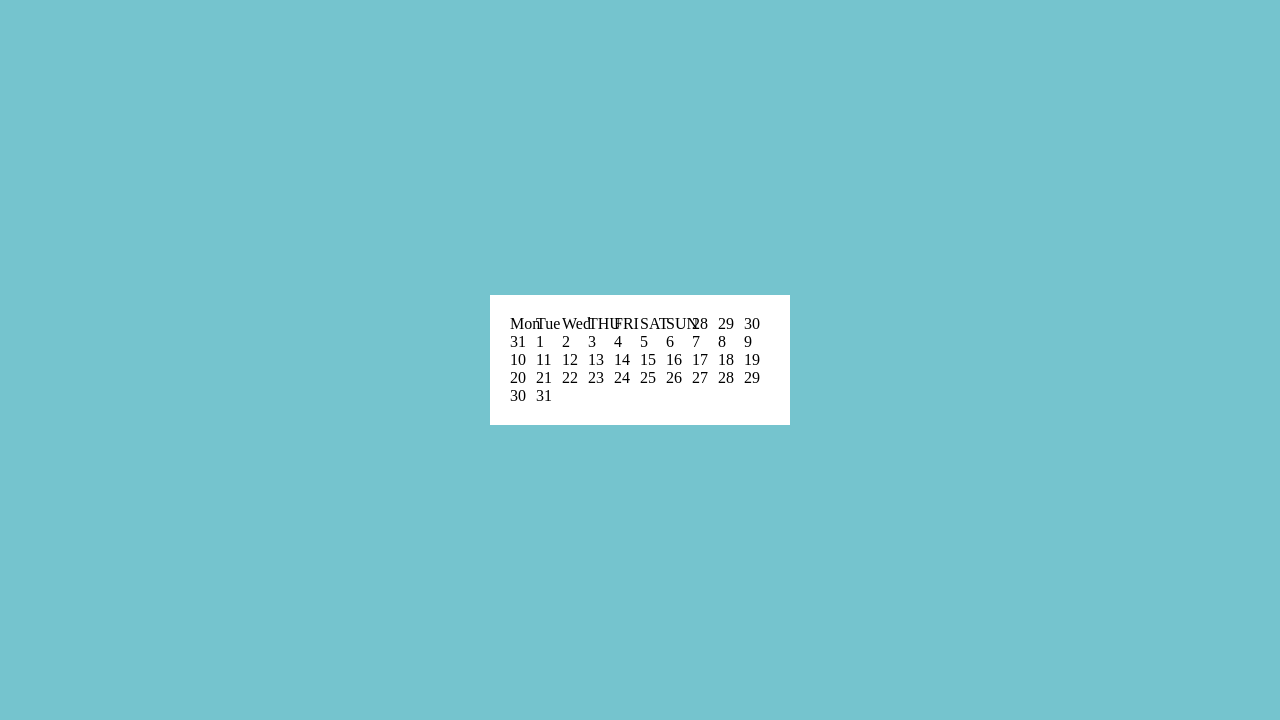
Repository: KYUUBI-K/HTML
Page: За 1 курс/Лаб 4/calendar.html
The author's editor kept a copy of each file at every save. The page is drawn from the files as they stood at one save, then again after the next save.
The browser window is 1280 px wide. The pictures show the whole page.

Above is the page before, as saved 2021-03-30 13:14:36.

After the next save:
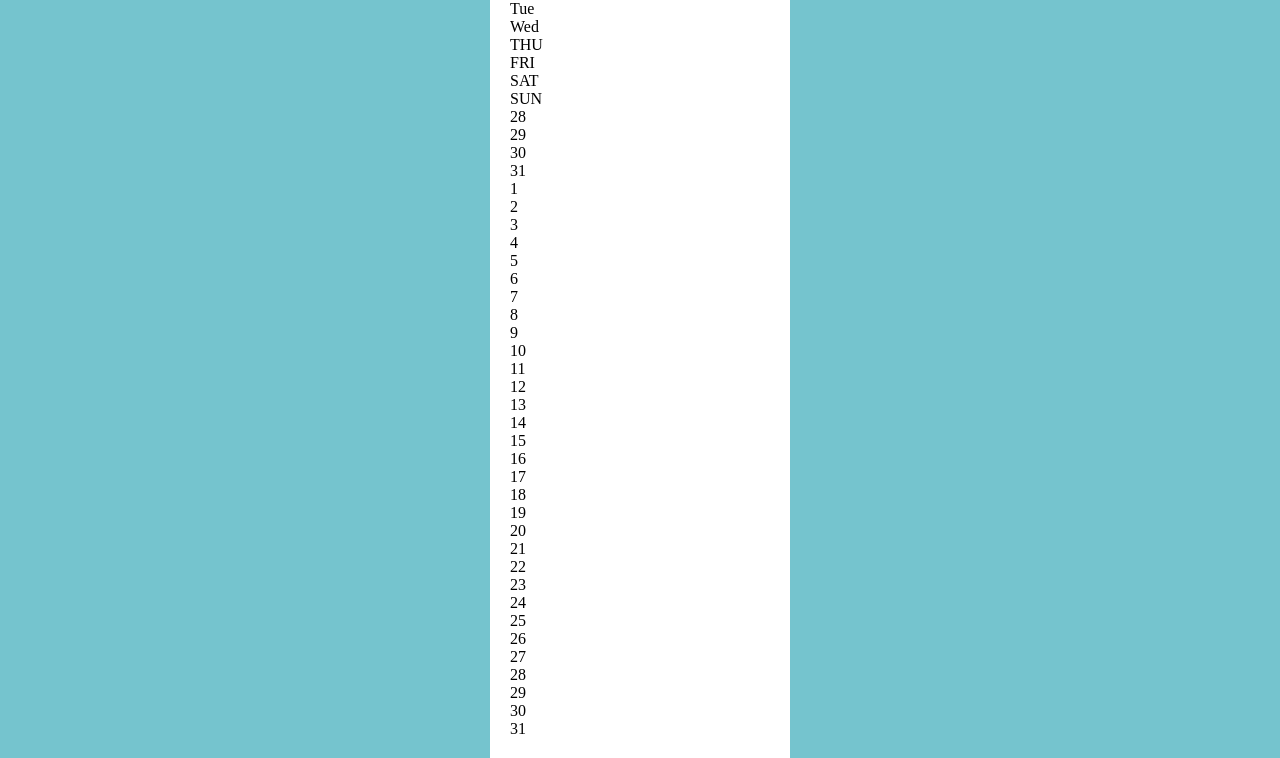
Saved 20 s later.
--- a/За 1 курс/Лаб 4/for_calend.css
+++ b/За 1 курс/Лаб 4/for_calend.css
@@ -16,5 +16,5 @@
 .calendar .date{
     padding: 20px;
     display: grid;
-    grid-template-columns: repeat(auto-fit,minmax(25px,1fr));
+    grid-template-columns: repeat();
 }

After the 3 saves that followed:
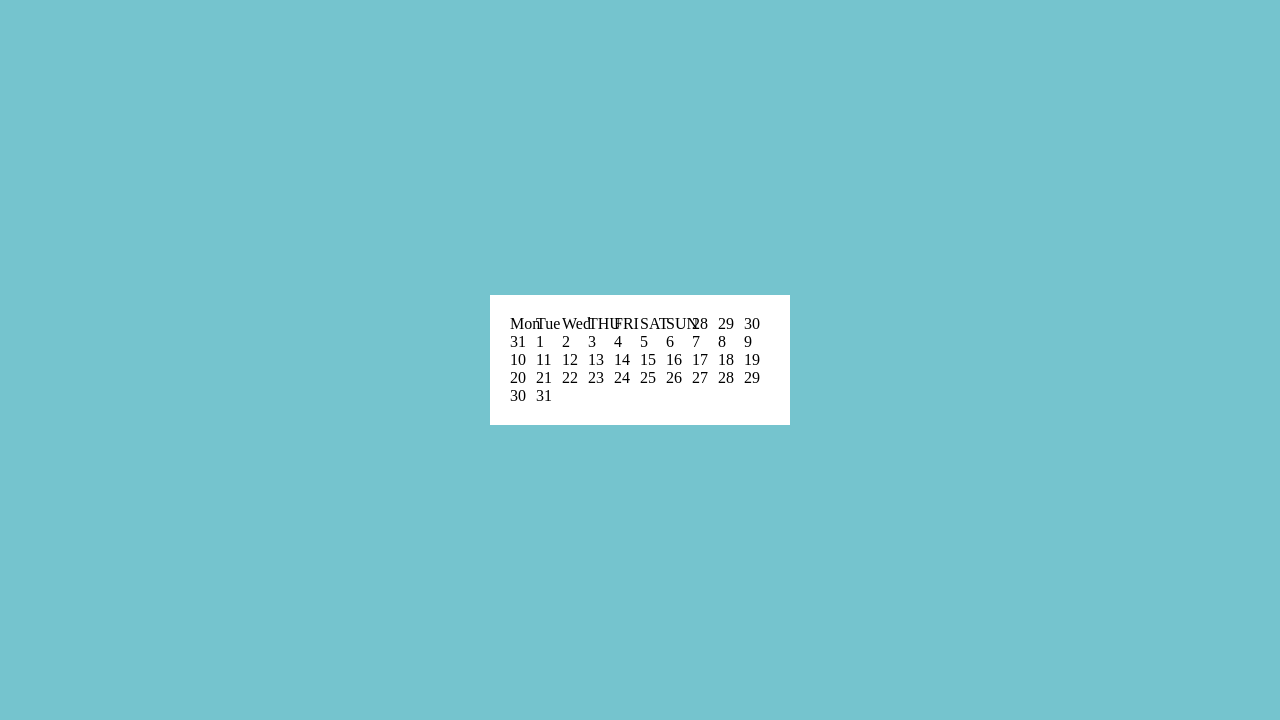
The 3 saves are shown as one change because 2 left the picture as it was.
The last was saved 17 s later.
--- a/За 1 курс/Лаб 4/for_calend.css
+++ b/За 1 курс/Лаб 4/for_calend.css
@@ -16,5 +16,5 @@
 .calendar .date{
     padding: 20px;
     display: grid;
-    grid-template-columns: repeat();
+    grid-template-columns: repeat(auto-fit,minmax(25px,1fr));
 }
